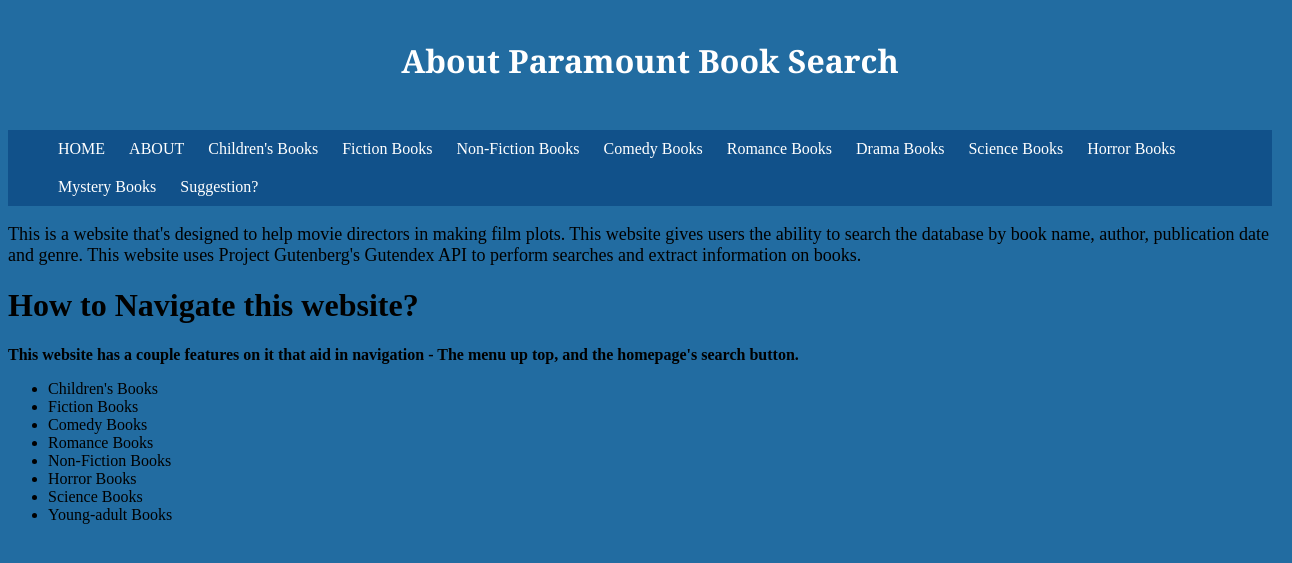
Repository: ChiaEE/INST377---Group-13
Page: About_page.html
These files come from the project's save history. The page is drawn as it stood at one moment and after the next save; the edit follows.
The browser window is 1280 px wide. The page is 1292 px wide, so the pictures cover 1292 px, including what lies to the right of the window. The pictures show the whole page.

Above is the page before, as saved 2024-05-19 22:00:56.

After the next save:
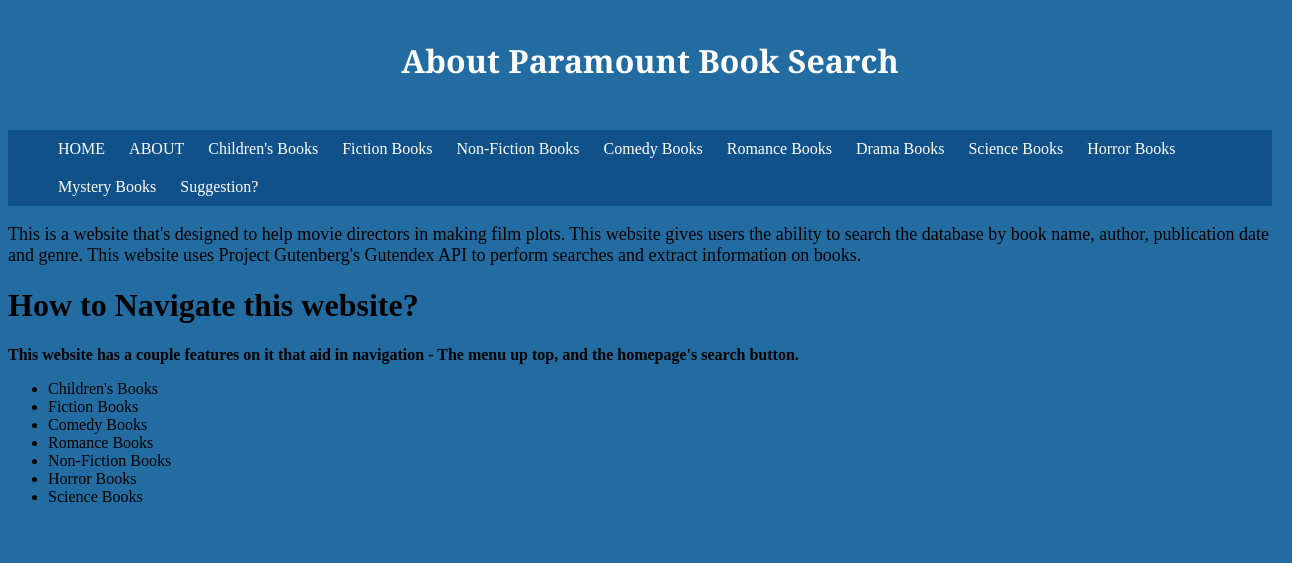
Saved 5 min 7 s later.
--- a/About_page.html
+++ b/About_page.html
@@ -46,7 +46,6 @@
             <li style="font-size: medium;"> Non-Fiction Books </li>
             <li style="font-size: medium;"> Horror Books </li>
             <li style="font-size: medium;"> Science Books </li>
-            <li style="font-size: medium;"> Young-adult Books </li>
         </ul>
 
     </body>
